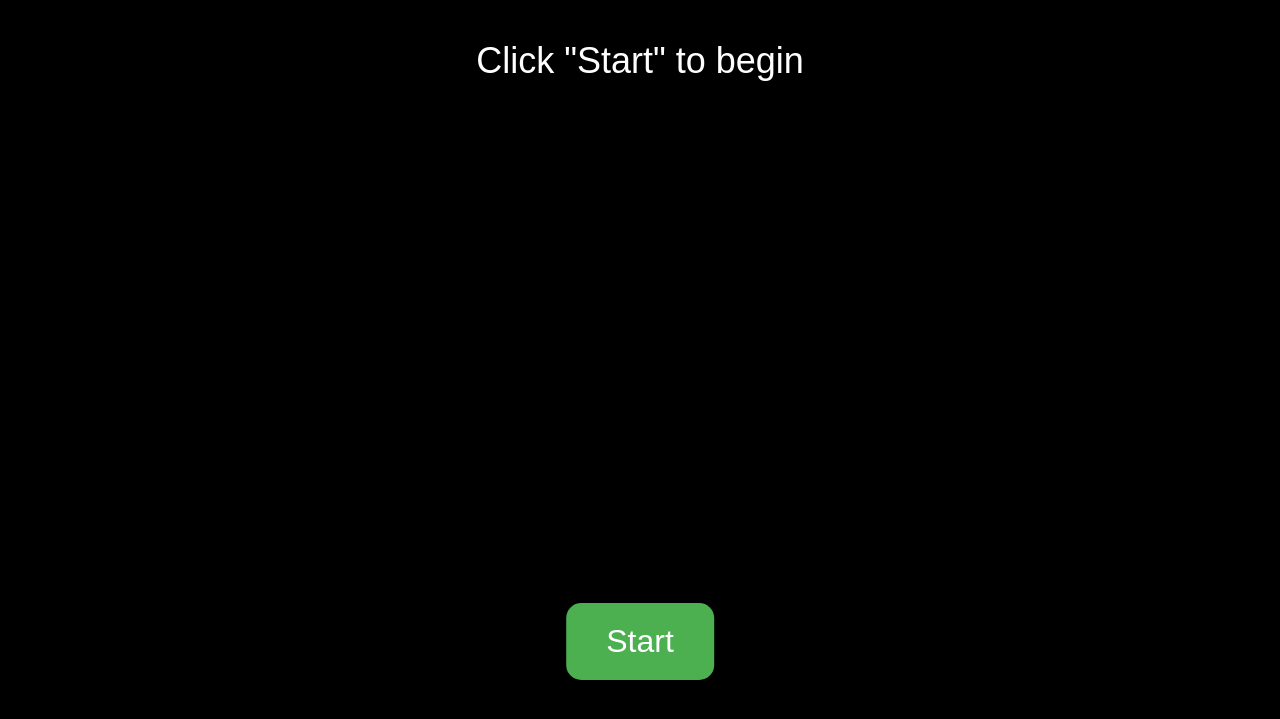
Repository: Jayhawk2000/AR_Game_DCD_Children
Page: challenge/throwing/index.html
These files come from the project's save history. The page is drawn as it stood at one moment and after the next save; the edit follows.
The browser window is 1280 px wide. The pictures show the whole page.

Above is the page before, as saved 2024-08-29 17:05:59.

After the next save:
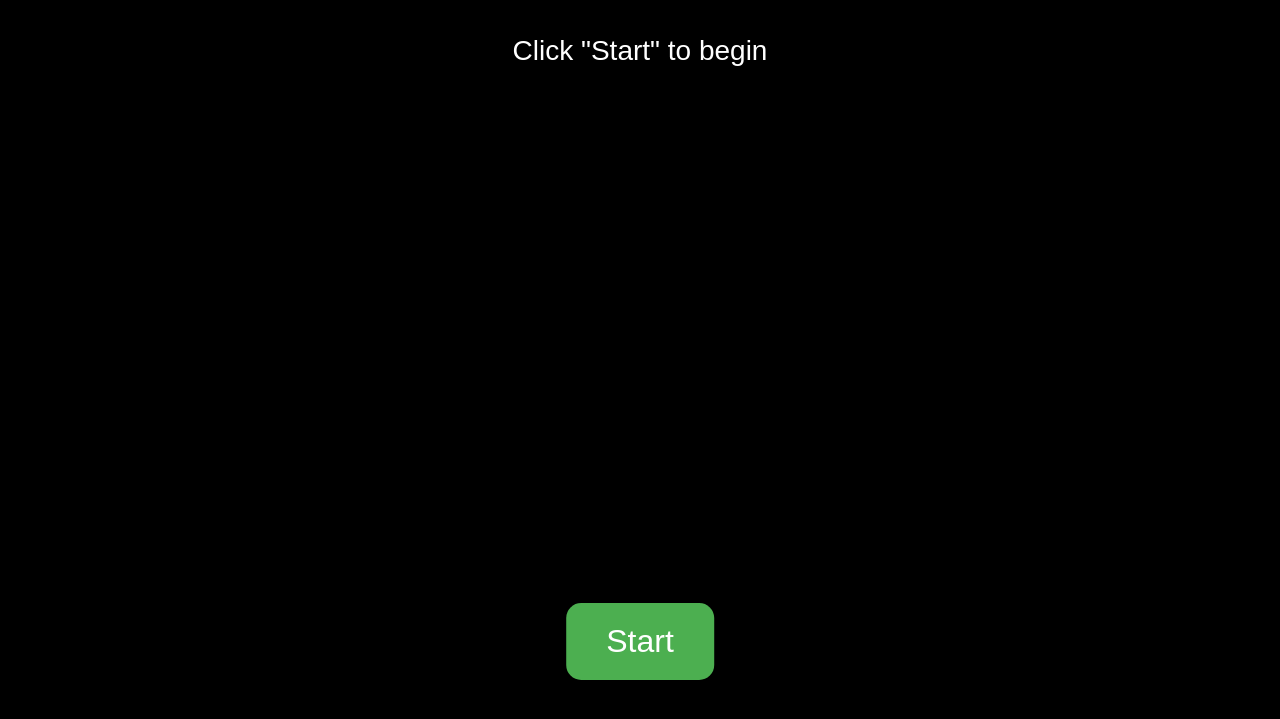
Saved 2 min 42 s later.
--- a/challenge/throwing/styles.css
+++ b/challenge/throwing/styles.css
@@ -13,9 +13,9 @@ body {
   transform: translateX(-50%);
   background-color: rgba(0, 0, 0, 0.7);
   color: white;
-  padding: 20px 30px;
-  border-radius: 15px;
-  font-size: 36px;
+  padding: 15px 25px;
+  border-radius: 10px;
+  font-size: 28px;
   text-align: center;
   z-index: 30;
   max-width: 80%;
@@ -28,20 +28,20 @@ body {
   transform: translateX(-50%);
   background-color: rgba(0, 0, 0, 0.7);
   color: white;
-  padding: 15px 25px;
+  padding: 10px 20px;
   border-radius: 10px;
-  font-size: 28px;
+  font-size: 24px;
   text-align: center;
   z-index: 30;
   max-width: 70%;
 }
 
 #footInfo {
-  top: 150px;
+  top: 120px;
 }
 
 #armInfo {
-  top: 220px;
+  top: 180px;
 }
 
 #startButton {
